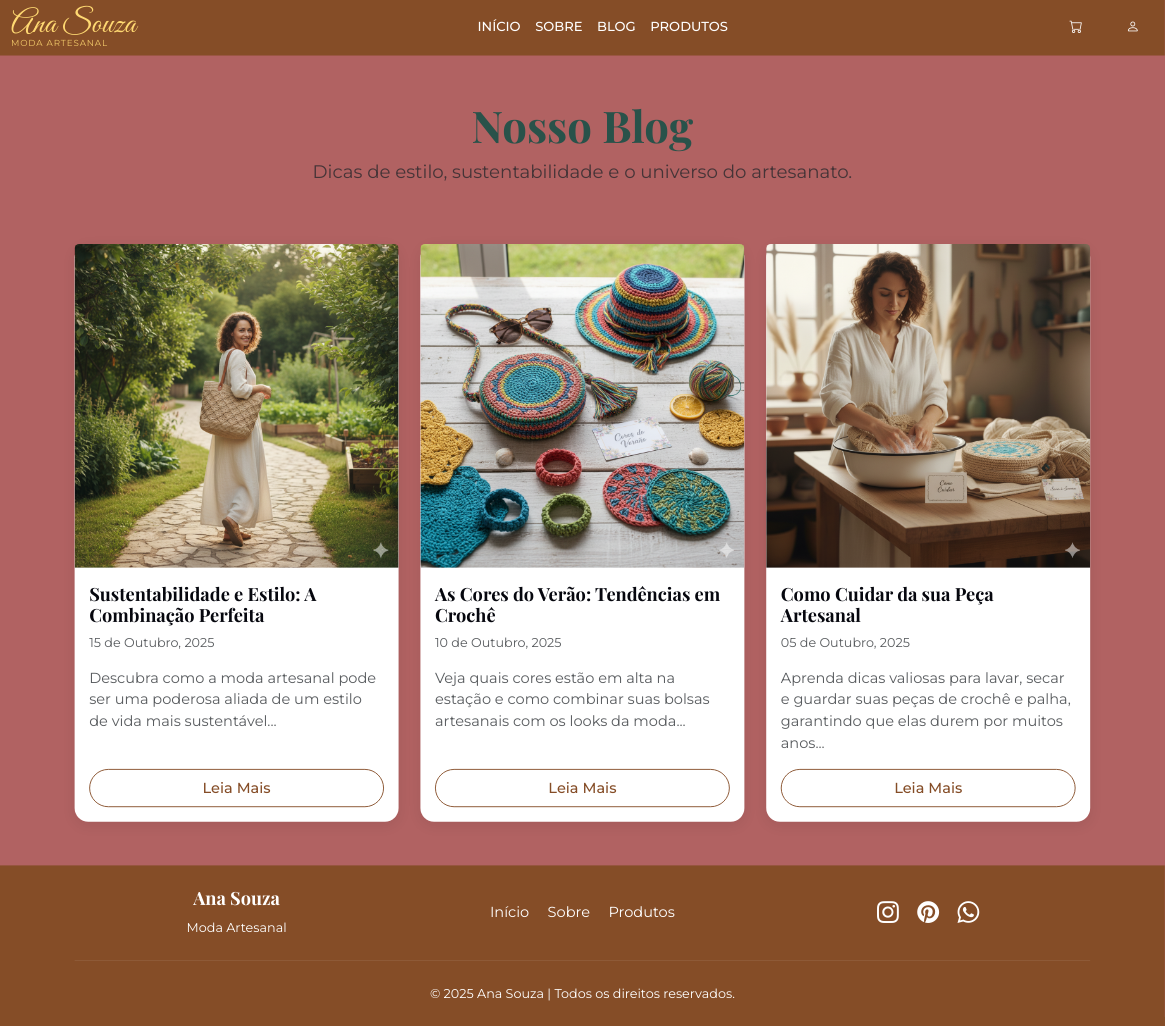
Repository: Lucascsg/projeto-anasouza-frontend
Page: blog.html
An editor plug-in stored every save of this project. The page is shown before and after the next save, followed by the edit.
The browser window is 1280 px wide. The pictures show the whole page, at 91% of full size.

Above is the page before, as saved 2025-10-21 18:16:49.

### blog.html
<!DOCTYPE html>
<html lang="pt-br">
<head>
    <meta charset="UTF-8">
    <meta name="viewport" content="width=device-width, initial-scale=1.0">
    <title>Blog - Ana Souza</title>

    <link href="https://cdn.jsdelivr.net/npm/bootstrap@5.3.2/dist/css/bootstrap.min.css" rel="stylesheet" integrity="sha384-T3c6CoIi6uLrA9TneNEoa7RxnatzjcDSCmG1MXxSR1GAsXEV/Dwwykc2MPK8M2HN" crossorigin="anonymous">
    <link rel="stylesheet" href="css/style.css">
    <link rel="stylesheet" href="https://cdn.jsdelivr.net/npm/bootstrap-icons@1.11.1/font/bootstrap-icons.css">
    <link rel="preconnect" href="https://fonts.googleapis.com">
    <link rel="preconnect" href="https://fonts.gstatic.com" crossorigin>
    <link href="https://fonts.googleapis.com/css2?family=Montserrat:wght@400;500;600&family=Playfair+Display:wght@700&family=Great+Vibes&display=swap" rel="stylesheet">
    <link rel="stylesheet" href="https://unpkg.com/aos@next/dist/aos.css" />
</head>
<body class="bg-white-page">

    <header>
        <nav class="navbar navbar-expand-lg navbar-dark navbar-custom">
            <div class="container-fluid">
                <a class="navbar-brand logo-text" href="index.html">
                    <div>Ana Souza</div>
                    <small class="logo-subtitle">MODA ARTESANAL</small>
                </a>
                <button class="navbar-toggler" type="button" data-bs-toggle="collapse" data-bs-target="#navbarNav" aria-controls="navbarNav" aria-expanded="false" aria-label="Toggle navigation">
                    <span class="navbar-toggler-icon"></span>
                </button>
                <div class="collapse navbar-collapse" id="navbarNav">
                    <ul class="navbar-nav mx-auto">
                        <li class="nav-item"><a class="nav-link" href="index.html">Início</a></li>
                        <li class="nav-item"><a class="nav-link" href="index.html#sobre">Sobre</a></li>
                        <li class="nav-item"><a class="nav-link active" href="blog.html">Blog</a></li>
                        <li class="nav-item"><a class="nav-link" href="index.html#produtos">Produtos</a></li>
                    </ul>
                    <div class="navbar-icons d-flex">
                        <a href="carrinho.html" class="nav-link position-relative">
                            <i class="bi bi-cart"></i>
                            <span class="badge rounded-pill bg-danger position-absolute top-0 start-100 translate-middle" id="contador-carrinho" style="display: none;">0</span>
                        </a>
                        <a href="#" class="nav-link ms-3"><i class="bi bi-person"></i></a>
                    </div>
                </div>
            </div>
        </nav>
    </header>

    <main class="container my-5">
        <div class="row">
            <div class="col-12 text-center mb-5">
                <h1 class="display-5 fw-bold">Nosso Blog</h1>
                <p class="lead text-muted">Dicas de estilo, sustentabilidade e o universo do artesanato.</p>
            </div>
        </div>

        <div class="row gy-4" id="lista-posts"></div>

    </main>

    <footer class="py-4 footer-custom">
        <div class="container text-center text-white">
            <div class="row align-items-center">
                <div class="col-md-4 mb-3 mb-md-0">
                    <h5 class="text-white">Ana Souza</h5>
                    <small>Moda Artesanal</small>
                </div>
                <div class="col-md-4 mb-3 mb-md-0">
                    <ul class="list-inline mb-0">
                        <li class="list-inline-item mx-2"><a href="index.html" class="text-white">Início</a></li>
                        <li class="list-inline-item mx-2"><a href="index.html#sobre" class="text-white">Sobre</a></li>
                        <li class="list-inline-item mx-2"><a href="produtos.html" class="text-white">Produtos</a></li>
                    </ul>
                </div>
                <div class="col-md-4">
                    <a href="#" class="text-white fs-4 mx-2"><i class="bi bi-instagram"></i></a>
                    <a href="#" class="text-white fs-4 mx-2"><i class="bi bi-pinterest"></i></a>
                    <a href="#" class="text-white fs-4 mx-2"><i class="bi bi-whatsapp"></i></a>
                </div>
            </div>
            <hr class="my-4" style="border-color: rgba(255, 255, 255, 0.3);">
            <small>&copy; 2025 Ana Souza | Todos os direitos reservados.</small>
        </div>
    </footer>

    <script src="https://cdn.jsdelivr.net/npm/bootstrap@5.3.2/dist/js/bootstrap.bundle.min.js"></script>
    <script src="https://unpkg.com/aos@next/dist/aos.js"></script>
    <script src="js/blog.js"></script>
</body>
</html>

### css/style.css
/* =================================== */
/* VARIÁVEIS GLOBAIS E ESTILOS BASE    */
/* =================================== */
:root {
    /* Sua paleta de cores (mantive suas últimas alterações) */
    --cor-base-escura: #854D27;
    --cor-acao-vibrante: #854D27;
    --cor-detalhe-quente: #29524A;
    --cor-texto-escuro: #06070E;

    /* Cores Neutras e de Fundo */
    --cor-fundo-claro: #F8F5F2;
    --cor-texto-claro: #FFFFFF;
}

body {
    font-family: 'Montserrat', sans-serif;
    background-color: #B16262;
    color: var(--cor-texto-escuro);
}

h1, h2, h3, h4, h5, h6 {
    font-family: 'Playfair Display', serif;
    color: var(--cor-detalhe-quente);
}

/* =================================== */
/* ESTILOS DA BARRA DE NAVEGAÇÃO       */
/* =================================== */
.navbar-custom {
    background-color: var(--cor-base-escura);
}
/* ... (O resto dos estilos da navbar e do logo permanecem como você enviou) ... */
.navbar-brand.logo-text {
    display: flex;
    flex-direction: column;
    justify-content: center;
    padding: 0;
    position: relative;
    top: 2px;
}
.navbar-brand div {
    font-family: 'Great Vibes', cursive;
    font-size: 2.2rem;
    color: #FFD972 !important;
    line-height: 1;
    font-weight: normal;
}
.navbar-brand .logo-subtitle {
    font-family: 'Montserrat', sans-serif;
    font-size: 0.6rem;
    text-transform: uppercase;
    letter-spacing: 0.1em;
    display: block;
    opacity: 0.9;
    color: #FFD972;
    margin-top: -5px;
}
/* ... (outros estilos da navbar que você enviou) ... */
.navbar-custom .navbar-brand img {
    height: 40px;
}
.navbar-custom .nav-link {
    color: var(--cor-texto-claro);
    font-weight: 500;
    text-transform: uppercase;
    font-size: 0.9rem;
    padding: 0.5rem 1rem;
    transition: opacity 0.3s;
}
.navbar-custom .nav-link:hover {
    opacity: 0.8;
}
.navbar-icons a {
    color: var(--cor-texto-claro);
    font-size: 1.2rem;
    transition: opacity 0.3s;
}
.navbar-icons a:hover {
    opacity: 0.8;
}


/* =================================== */
/* ESTILOS DA SEÇÃO HERO (IMAGEM)      */
/* =================================== */
#hero {
    position: relative;
    height: 90vh;
    width: 100%;
    display: flex;
    align-items: center;
    justify-content: center;

    /* --- ATUALIZAÇÃO PARA IMAGEM DE FUNDO --- */
    background: url('../imagens/hero-background.jpg') no-repeat center center/cover;
}

#hero::after {
    content: '';
    position: absolute;
    top: 0;
    left: 0;
    width: 100%;
    height: 100%;
    background: rgba(0, 0, 0, 0.6);
    z-index: 1;
}

#hero .hero-content {
    position: relative;
    z-index: 2;
}

#hero .hero-content h1 {
    font-weight: 700;
    color: var(--cor-texto-claro);
}

#hero .hero-content .btn {
    border-radius: 50px;
    padding: 12px 30px;
    font-weight: 600;
}


/* ... (O resto do seu CSS continua exatamente como você enviou) ... */

/* =================================== */
/* ESTILOS GERAIS DAS SEÇÕES           */
/* =================================== */
section h2 {
    color: var(--cor-detalhe-quente);
    margin-bottom: 1rem;
}

/* =================================== */
/* ESTILOS DA SEÇÃO DE PRODUTOS        */
/* =================================== */
.product-card {
    border: none;
    border-radius: 15px;
    box-shadow: 0 4px 15px rgba(0, 0, 0, 0.08);
    transition: all 0.3s ease-in-out;
}
.product-card:hover {
    transform: translateY(-8px);
    box-shadow: 0 8px 25px rgba(0, 0, 0, 0.12);
}
.product-card .card-title {
    color: var(--cor-texto-escuro);
    font-weight: 600;
}
.product-card .btn {
    border-radius: 50px;
    padding: 8px 25px;
    font-weight: 500;
    border-color: var(--cor-base-escura);
    color: var(--cor-base-escura);
}
.product-card .btn:hover {
    background-color: var(--cor-base-escura);
    color: white;
}

/* =================================== */
/* ESTILOS DA SEÇÃO DE BLOG            */
/* =================================== */
.btn-custom-primary {
    background-color: var(--cor-acao-vibrante);
    color: white;
    border: none;
    border-radius: 50px;
    padding: 10px 30px;
    font-weight: 600;
    transition: all 0.3s;
}
.btn-custom-primary:hover {
    background-color: var(--cor-acao-vibrante);
    color: white;
    opacity: 0.9;
    transform: translateY(-2px);
}
#blog img {
    border-radius: 15px;
}

/* =================================== */
/* ESTILOS DO RODAPÉ (FOOTER)          */
/* =================================== */
.footer-custom {
    background-color: var(--cor-base-escura);
}
.footer-custom a {
    text-decoration: none;
    transition: opacity 0.3s;
}
.footer-custom a:hover {
    opacity: 0.8;
}

/* =================================== */
/* ESTILO DE SEÇÃO EM FORMATO DE CARD  */
/* =================================== */

.section-card {
    background-color: #c3c3c3; /* Fundo branco para o card */
    padding: 3rem 2rem;        /* Espaçamento interno generoso */
    border-radius: 20px;       /* As pontas curvadas que você pediu */
    box-shadow: 0 10px 30px rgba(0, 0, 0, 0.07); /* Sombra sutil para "flutuar" */
}

/* =================================== */
/* Estilos da Página de Produto        */
/* =================================== */

.product-price {
    color: var(--cor-detalhe-quente); /* Usando o verde/marrom dos títulos */
    font-weight: 600;
}

/* =================================== */
/* Estilos da Personalização de Cor    */
/* =================================== */

.seletor-cor {
    width: 32px;
    height: 32px;
    border-radius: 50%; /* Deixa o elemento redondo */
    border: 2px solid #eee;
    cursor: pointer;
    margin-right: 10px;
    margin-bottom: 10px;
    transition: transform 0.2s ease-in-out;
    background-size: cover;
    background-position: center;
}

.seletor-cor:hover {
    transform: scale(1.1); /* Efeito de zoom no hover */
}

/* Estilo para o seletor de cor que está ativo/selecionado */
.seletor-cor.active {
    border-color: var(--cor-base-escura); /* Usa a cor da navbar para destacar */
    box-shadow: 0 0 8px rgba(0, 0, 0, 0.3);
}

### js/blog.js
document.addEventListener('DOMContentLoaded', function() {
    carregarPosts();
    atualizarContadorCarrinho(); // Garante que o contador do carrinho funcione nesta página também
    AOS.init();
});

async function carregarPosts() {
    const listaPosts = document.getElementById('lista-posts');
    if (!listaPosts) return;

    try {
        const response = await fetch('blog.json');
        const posts = await response.json();

        listaPosts.innerHTML = ''; // Limpa o container

        posts.forEach(post => {
            const postHTML = `
                <div class="col-md-6 col-lg-4" data-aos="fade-up">
                    <div class="card product-card h-100">
                        <img src="${post.imagem}" class="card-img-top" alt="${post.titulo}">
                        <div class="card-body d-flex flex-column">
                            <h5 class="card-title">${post.titulo}</h5>
                            <p class="card-text text-muted small">${post.data}</p>
                            <p class="card-text text-muted">${post.resumo}</p>
                            <a href="post.html?id=${post.id}" class="btn btn-outline-dark mt-auto">Leia Mais</a>
                        </div>
                    </div>
                </div>
            `;
            listaPosts.innerHTML += postHTML;
        });

    } catch (error) {
        console.error('Erro ao carregar os posts do blog:', error);
        listaPosts.innerHTML = '<p class="text-danger">Não foi possível carregar os posts no momento.</p>';
    }
}

// Função para manter o contador do carrinho atualizado
function atualizarContadorCarrinho() {
    let carrinho = JSON.parse(localStorage.getItem('carrinho')) || [];
    const totalItens = carrinho.reduce((total, item) => total + item.quantidade, 0);
    const contadorElemento = document.getElementById('contador-carrinho');

    if (contadorElemento) {
        if (totalItens > 0) {
            contadorElemento.textContent = totalItens;
            contadorElemento.style.display = 'inline';
        } else {
            contadorElemento.style.display = 'none';
        }
    }
}

### blog.json
[
  {
    "id": 1,
    "titulo": "Sustentabilidade e Estilo: A Combinação Perfeita",
    "resumo": "Descubra como a moda artesanal pode ser uma poderosa aliada de um estilo de vida mais sustentável...",
    "imagem": "imagens/blog1.png",
    "data": "15 de Outubro, 2025",
    "conteudo": "<p>O 'slow fashion' é um movimento que se opõe ao consumo rápido, focando na qualidade em vez da quantidade. Ele valoriza peças duráveis, com história, produzidas de forma artesanal e com materiais que respeitam o meio ambiente.</p><p>Para aderir a essa filosofia, a sugestão é investir em peças-chave de boa qualidade, conhecer a origem dos produtos para apoiar artesãos locais e cuidar bem das roupas para que durem mais. Essencialmente, é um ato de consumo consciente que busca construir um guarda-roupa com mais significado, estilo e que reflita os valores de cada pessoa.</p>"
  },
  {
    "id": 2,
    "titulo": "As Cores do Verão: Tendências em Crochê",
    "resumo": "Veja quais cores estão em alta na estação e como combinar suas bolsas artesanais com os looks da moda...",
    "imagem": "imagens/blog2.png",
    "data": "10 de Outubro, 2025",
    "conteudo": "<p>O verão chegou e com ele uma explosão de cores. Para a moda artesanal, os tons vibrantes como o laranja, o verde limão e o azul turquesa estão em alta. Essas cores trazem alegria e um toque moderno às peças clássicas de crochê.</p><p>Uma dica de estilo é usar uma bolsa de cor vibrante como ponto de destaque em um look mais neutro, com peças brancas ou em tons de areia. Não tenha medo de ousar e misturar texturas!</p>"
  },
  {
    "id": 3,
    "titulo": "Como Cuidar da sua Peça Artesanal",
    "resumo": "Aprenda dicas valiosas para lavar, secar e guardar suas peças de crochê e palha, garantindo que elas durem por muitos anos...",
    "imagem": "imagens/blog3.png",
    "data": "05 de Outubro, 2025",
    "conteudo": "<p>Peças feitas à mão requerem um cuidado especial para manterem sua beleza e durabilidade. Para bolsas de crochê, a lavagem deve ser feita à mão, com sabão neutro e água fria. Evite torcer a peça; em vez disso, pressione-a suavemente para remover o excesso de água.</p><p>Deixe secar na sombra, em uma superfície horizontal, para que o peso da água não deforme os pontos. Com esses cuidados simples, sua peça artesanal continuará linda por muitas estações.</p>"
  }
]

After the next save:
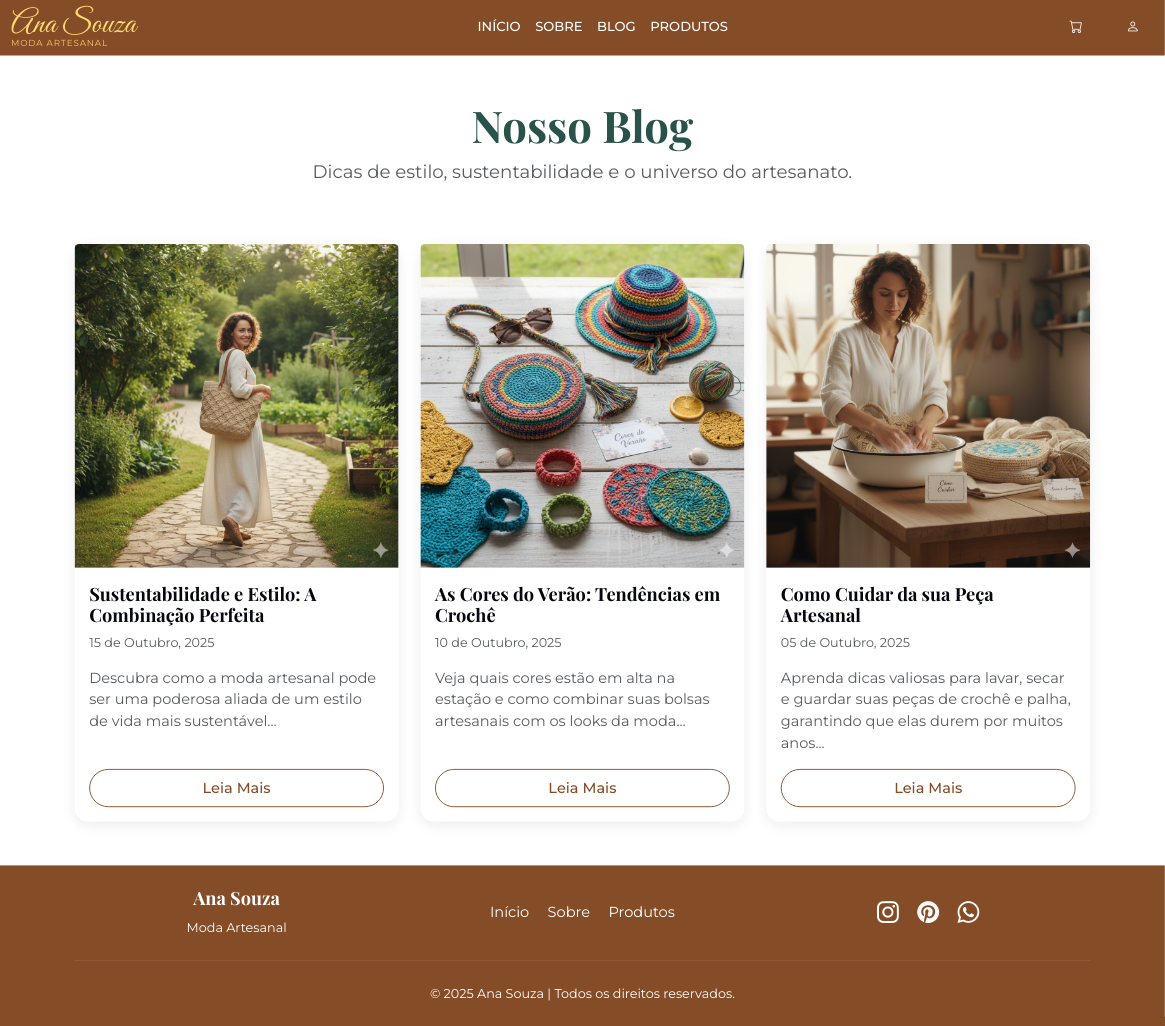
Saved 25 s later.
--- a/css/style.css
+++ b/css/style.css
@@ -17,6 +17,11 @@ body {
     font-family: 'Montserrat', sans-serif;
     background-color: #B16262;
     color: var(--cor-texto-escuro);
+}
+
+/* Estilo para páginas com fundo branco específico */
+body.bg-white-page {
+    background-color: #FFFFFF;
 }
 
 h1, h2, h3, h4, h5, h6 {
